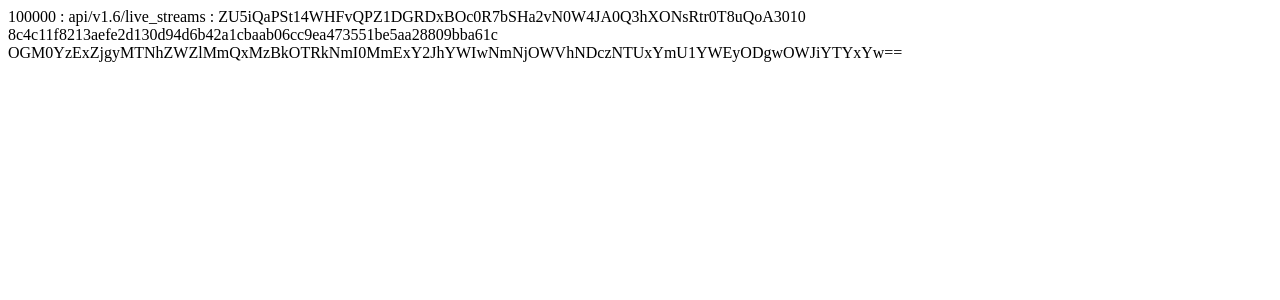
Repository: junhyeongShin/comunity_app
Page: http://localhost/Broadcast/curl copy.php
An editor plug-in stored every save of this project. The page is shown before and after the next save, followed by the edit.
The browser window is 1280 px wide. The pictures show the whole page.
The page is run by PHP 8.4 with error messages shown; the project is at /var/www/html/.

Above is the page before, as saved 2021-05-28 13:40:15.

After the next save:
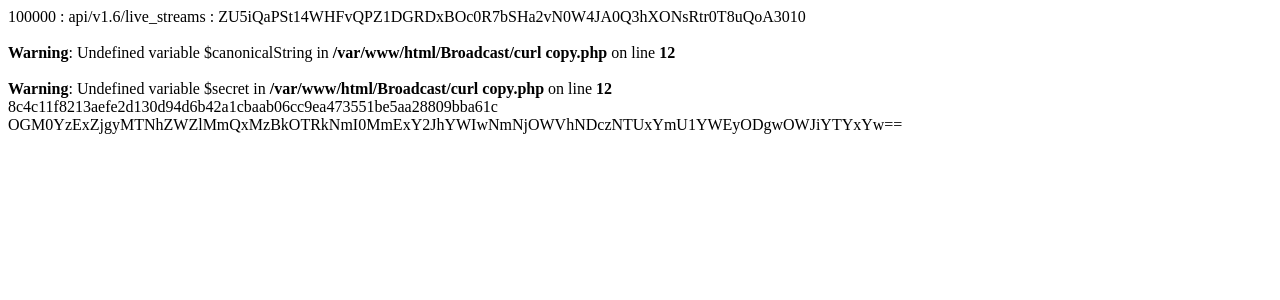
Saved 71 s later.
--- a/Broadcast/curl copy.php
+++ b/Broadcast/curl copy.php
@@ -9,6 +9,7 @@
 echo '<br>';
 
 $hash_key = hash_hmac('sha256',$hmacData,$wscApiKey);
+base64_encode(hash_hmac('sha256', $canonicalString, $secret, true));
 echo $hash_key;
 echo '<br>';
 

After the 5 saves that followed:
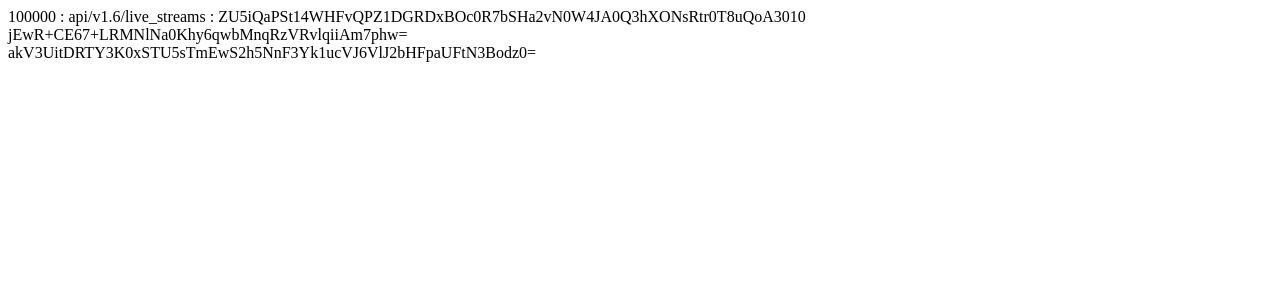
The 5 saves are shown as one change because they came seconds apart.
The last was saved 11 s later.
--- a/Broadcast/curl copy.php
+++ b/Broadcast/curl copy.php
@@ -8,8 +8,7 @@
 echo $hmacData;
 echo '<br>';
 
-$hash_key = hash_hmac('sha256',$hmacData,$wscApiKey);
-base64_encode(hash_hmac('sha256', $canonicalString, $secret, true));
+$hash_key = base64_encode(hash_hmac('sha256',$hmacData,$wscApiKey,true));
 echo $hash_key;
 echo '<br>';
 
